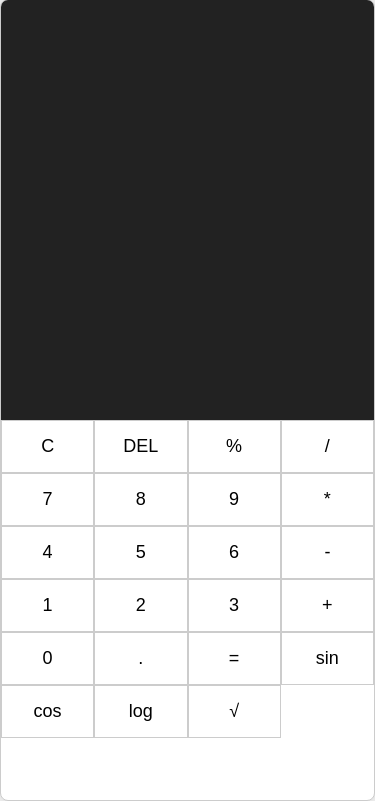
Repository: JuliusMonday/myCalculator
Page: index.html
The author's editor kept a copy of each file at every save. The page is drawn from the files as they stood at one save, then again after a run of saves.
The browser window is 375 px wide. The pictures show the whole page.

Above is the page before, as saved 2024-05-31 08:39:02.

### index.html
<!DOCTYPE html>
<html lang="en">
<head>
    <meta charset="UTF-8">
    <meta name="viewport" content="width=device-width, initial-scale=1.0">
    <title>JuliusCalc - Scientific Calculator</title>
    <link rel="stylesheet" href="styles.css">
</head>
<body>
    <div class="calculator">
        <div class="display">
            <input type="text" id="result" disabled>
        </div>
        <div class="buttons">
            <button onclick="clearDisplay()">C</button>
            <button onclick="deleteChar()">DEL</button>
            <button onclick="appendChar('%')">%</button>
            <button onclick="appendChar('/')">/</button>

            <button onclick="appendChar('7')">7</button>
            <button onclick="appendChar('8')">8</button>
            <button onclick="appendChar('9')">9</button>
            <button onclick="appendChar('*')">*</button>

            <button onclick="appendChar('4')">4</button>
            <button onclick="appendChar('5')">5</button>
            <button onclick="appendChar('6')">6</button>
            <button onclick="appendChar('-')">-</button>

            <button onclick="appendChar('1')">1</button>
            <button onclick="appendChar('2')">2</button>
            <button onclick="appendChar('3')">3</button>
            <button onclick="appendChar('+')">+</button>

            <button onclick="appendChar('0')">0</button>
            <button onclick="appendChar('.')">.</button>
            <button onclick="calculate()">=</button>

            <button onclick="appendChar('Math.sin(')">sin</button>
            <button onclick="appendChar('Math.cos(')">cos</button>
            <button onclick="appendChar('Math.log(')">log</button>
            <button onclick="appendChar('Math.sqrt(')">√</button>
        </div>
    </div>
    <script src="index.js"></script>
</body>
</html>

### styles.css
body {
    display: flex;
    justify-content: center;
    align-items: center;
    height: 100vh;
    background-color: #f0f0f0;
    font-family: 'Arial', sans-serif;
    margin: 0;
}

.calculator {
    width: 300px;
    border: 1px solid #ccc;
    border-radius: 8px;
    overflow: hidden;
    box-shadow: 0 0 10px rgba(0, 0, 0, 0.1);
    background-color: #ffffff;
}

.display {
    background-color: #222;
    color: #fff;
    padding: 0;
    font-size: 24px;
    position: relative;
    height: 60px;
    display: flex;
    align-items: flex-end;
    padding-right: 10px;
}

.display input {
    width: 100%;
    border: none;
    background: none;
    color: #fff;
    text-align: right;
    font-size: 24px;
    padding: 0;
    box-sizing: border-box;
    line-height: 60px;
    height: 60px;
}

.buttons {
    display: grid;
    grid-template-columns: repeat(4, 1fr);
}

button {
    padding: 20px;
    font-size: 18px;
    border: 1px solid #ccc;
    background-color: #fff;
    cursor: pointer;
    transition: background-color 0.2s;
}

button:hover {
    background-color: #f0f0f0;
}

button:active {
    background-color: #ddd;
}

/* Responsive Design */
@media (max-width: 600px) {
    .calculator {
        width: 100%;
        height: 100%;
        border-radius: 5;
    }
    .display {
        padding: 10px;
        font-size: 20px;
        height: 400px;
    }
    button {
        padding: 15px;
        font-size: 18px;
    }
}

### index.js
// script.js

function appendChar(char) {
    document.getElementById('result').value += char;
}

function clearDisplay() {
    document.getElementById('result').value = '';
}

function deleteChar() {
    let currentDisplay = document.getElementById('result').value;
    document.getElementById('result').value = currentDisplay.slice(0, -1);
}

function calculate() {
    try {
        let expression = document.getElementById('result').value;

        // Automatically close any opened parentheses
        let openParenthesisCount = (expression.match(/\(/g) || []).length;
        let closeParenthesisCount = (expression.match(/\)/g) || []).length;
        let missingCloseParenthesis = openParenthesisCount - closeParenthesisCount;

        for (let i = 0; i < missingCloseParenthesis; i++) {
            expression += ')';
        }

        let result = eval(expression);
        document.getElementById('result').value = result;
    } catch (error) {
        document.getElementById('result').value = 'Error';
    }
}

After the next 2 saves:
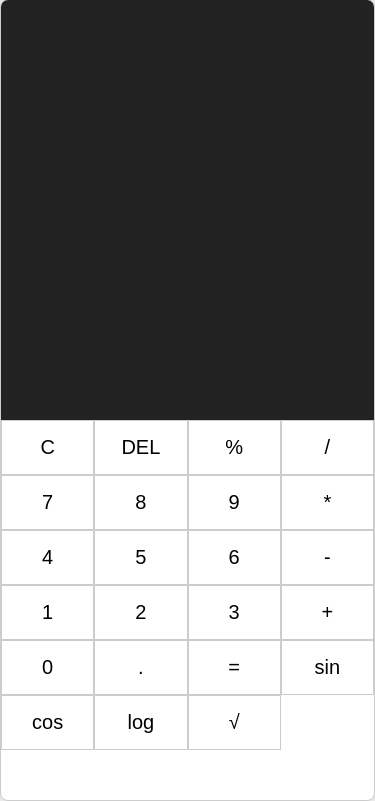
The 2 saves are shown as one change because they came seconds apart.
The last was saved 10 s later.
--- a/styles.css
+++ b/styles.css
@@ -78,6 +78,6 @@ button:active {
     }
     button {
         padding: 15px;
-        font-size: 18px;
+        font-size: 20px;
     }
 }
